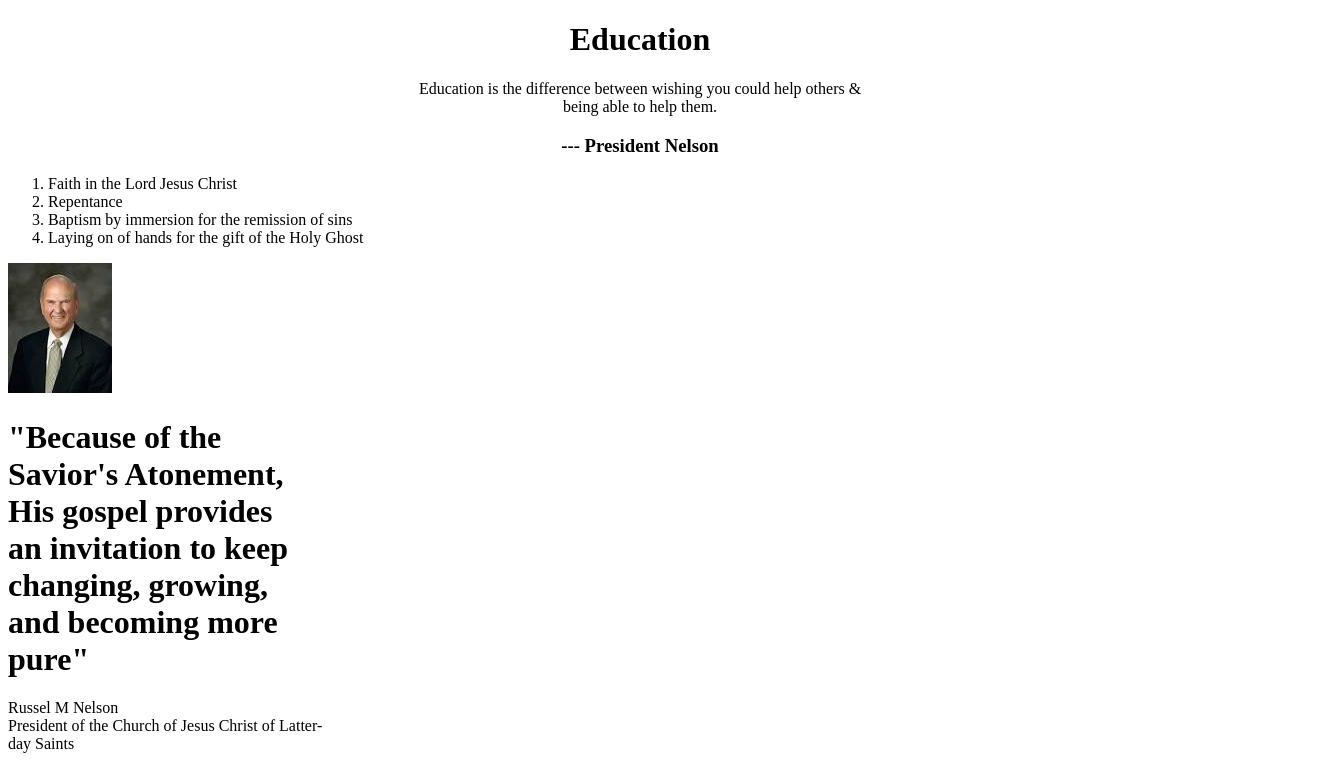
Repository: nak97/WDD-130
Page: ice challenge/index.html
The author's editor kept a copy of each file at every save. The page is drawn from the files as they stood at one save, then again after the next save.
The browser window is 1280 px wide. The page is 1280 px wide, then 1322 px, so the pictures cover 1322 px, including what lies to the right of the window. The pictures show the whole page.

Above is the page before, as saved 2023-01-24 21:09:02.

### ice challenge/index.html
<!DOCTYPE html>

<html>
  <head>
    <meta charset="utf-8">
    <meta http-equiv="X-UA-Compatible" content="IE=edge">
    <title></title>
    <meta name="description" content="">
    <meta name="viewport" content="width=device-width, initial-scale=1">
    <link rel="stylesheet" href="styles.css">
  </head>
  <body>
    <div class="container">
    <div class="background">
      <div class="top-info">
   <h1>Education  </h1>
   <p>Education is the difference between wishing you could help others & <br> being able to help them.</p>
   <h3>--- President Nelson</h3>
    </div>
   <ol type="1">
    <li>Faith in the Lord Jesus Christ</li>
    <li>Repentance</li>
    <li>Baptism by immersion for the remission of sins</li>
    <li>Laying on of hands for the gift of the Holy Ghost</li>
  </ol>
    <img src="data:[embedded picture, 3119 characters]" alt="Pres Nelly">
<h1>"Because of the <br> Savior's Atonement,<br> His gospel provides <br> an invitation to keep <br> changing, growing, <br> and becoming more <br> pure"</h1>
<footer><p>Russel M Nelson <br>President of the Church of Jesus Christ of Latter- <br> day Saints</p>
</footer>

  </body>

</div>
</div>
</html>

### ice challenge/styles.css
.top-info {
  text-align: center;
}

ol{
  float: center;
}

After the next save:
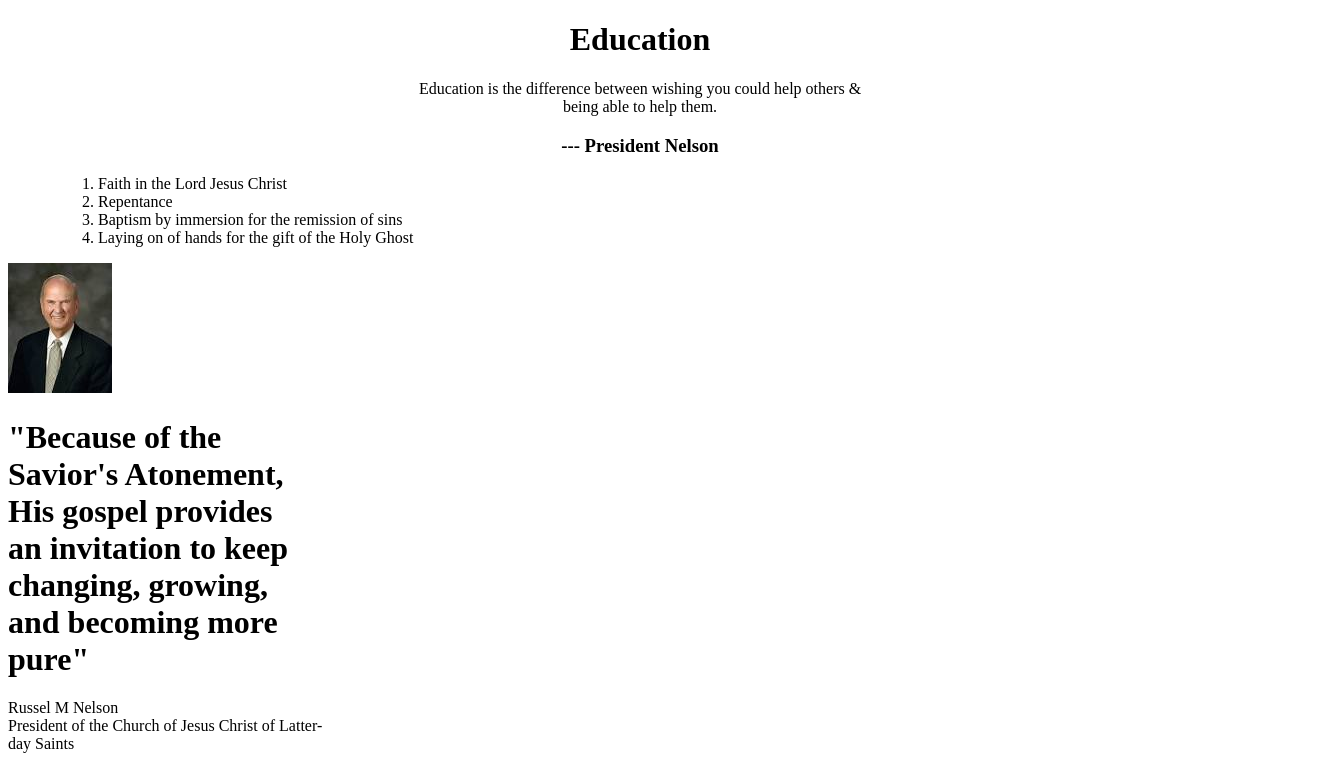
Saved 27 s later.
--- a/ice challenge/styles.css
+++ b/ice challenge/styles.css
@@ -3,5 +3,6 @@
 }
 
 ol{
-  float: center;
+  position: relative;
+  left: 50px;
 }
